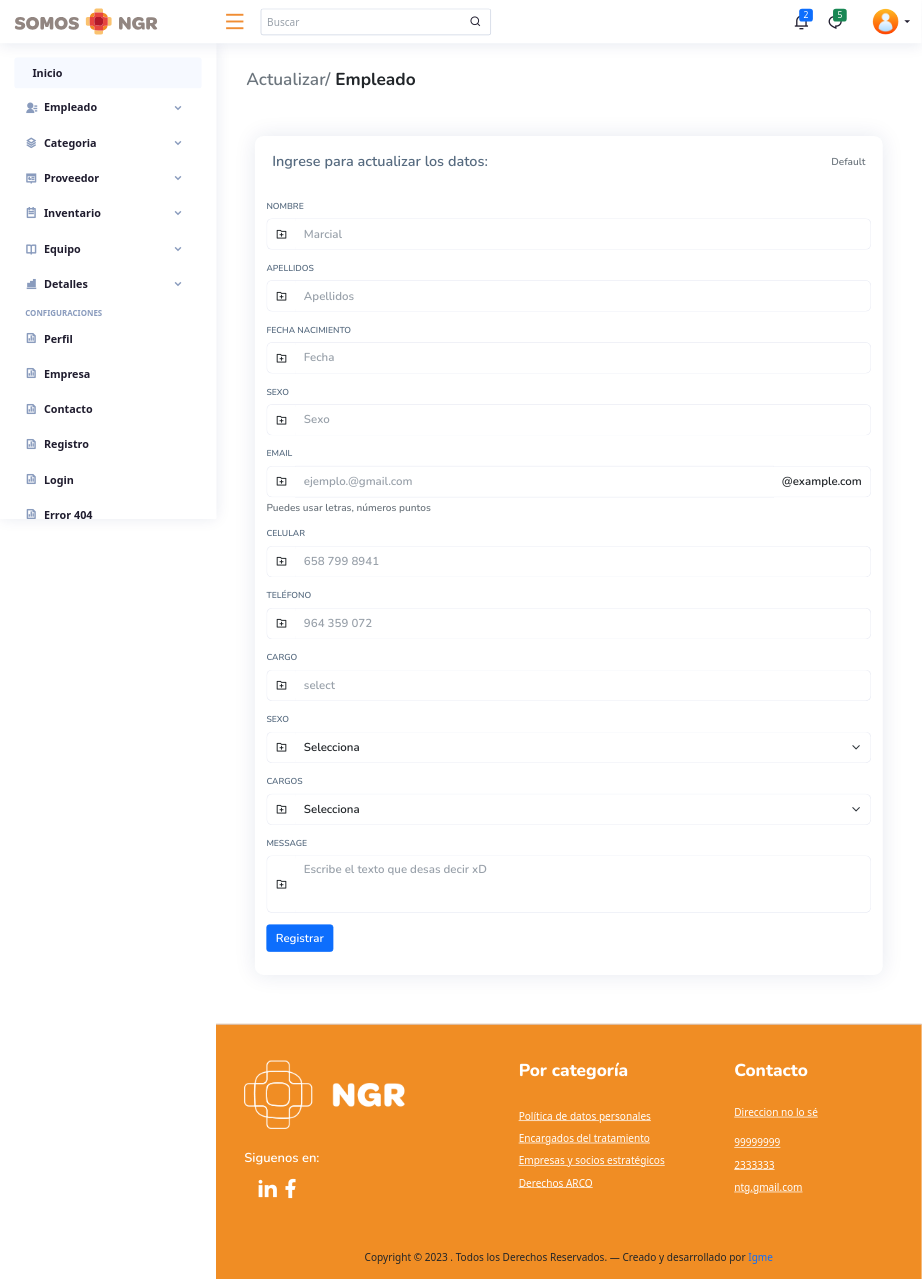
Repository: igmeMarcial/ProyectoLP-2023
Page: http://localhost/proyectoLP_2023/ActualizarEmpleados.jsp
An editor plug-in stored every save of this project. The page is shown before and after the next save, followed by the edit.
The browser window is 1280 px wide. The pictures show the whole page, at 72% of full size.
Some web fonts or font styles are not loaded; a fallback is used. The page is served by Tomcat 9. The template is opened directly, without the code that normally fills it, so the values that code supplies are empty.

Above is the page before, as saved 2023-03-25 16:11:45.

After the next save:
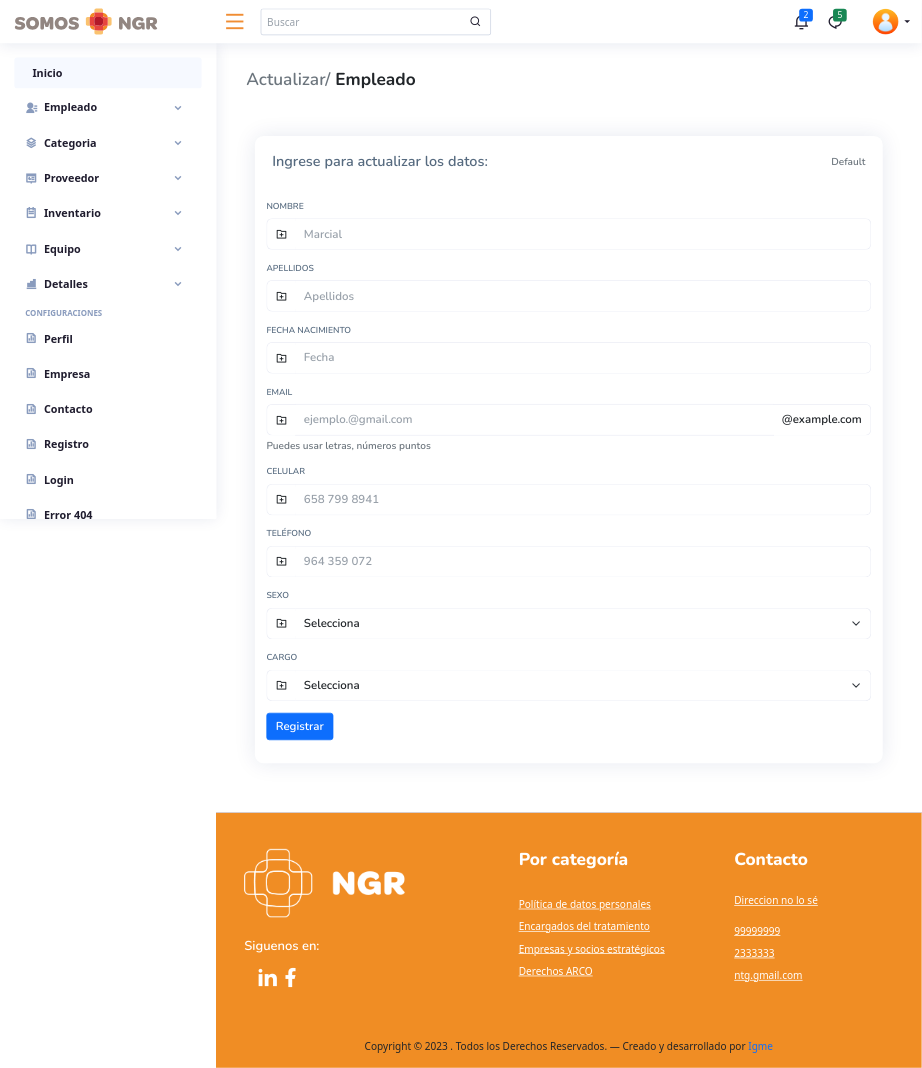
Saved 97 s later.
--- a/proyectoLP_2023/WebContent/ActualizarEmpleados.jsp
+++ b/proyectoLP_2023/WebContent/ActualizarEmpleados.jsp
@@ -359,20 +359,7 @@
 													/>
 												</div>
 											</div>
-											<div class="mb-3" id="">
-												<label class="form-label" for="basic-icon-default-company">Sexo</label>
-												<div class="input-group input-group-merge">
-													<span id="basic-icon-default-company2" class="input-group-text labelCustom borderColorInput"><i class="ri-folder-add-line"></i></span>
-													<input
-														type="text"
-														id="basic-icon-default-company"
-														class="form-control inputCustom borderColorInput"
-														placeholder="Sexo"
-														aria-label="ACME Inc."
-														aria-describedby="basic-icon-default-company2"
-													/>
-												</div>
-											</div>
+
 											<div class="mb-3">
 												<label class="form-label" for="emailNuevo">Email</label>
 												<div class="input-group input-group-merge">
@@ -420,14 +407,7 @@
 													/>
 												</div>
 											</div>
-											<div class="mb-3">
-												<label class="form-label labelCustom" for="cargoNuevo">Cargo</label>
-												<div class="input-group input-group-merge">
-													<span id="basic-icon-default-phone2" class="input-group-text labelCustom borderColorInput"><i class="ri-folder-add-line"></i></span>
-													<input name="cargoNuevo"" type="text" id="cargoNuevo"" class="form-control phone-mask inputCustom borderColorInput" placeholder="select" aria-label="Admin"
-													aria-describedby="basic-icon-default-cargo" />
-												</div>
-											</div>
+
 											<div class="mb-3">
 												<label class="form-label" for="sexoNuevo">Sexo</label>
 												<div class="input-group input-group-merge">
@@ -440,7 +420,7 @@
 												</div>
 											</div>
 											<div class="mb-3">
-												<label class="form-label" for="testNuevo">cargos</label>
+												<label class="form-label" for="testNuevo">Cargo</label>
 												<div class="input-group input-group-merge">
 													<span id="basic-icon-default-company2" class="input-group-text labelCustom borderColorInput"><i class="ri-folder-add-line"></i></span>
 													<select id="testNuevo" name="testNuevo" class="form-select inputCustom borderColorInput" aria-label="Default select example">
@@ -449,21 +429,6 @@
 															<option value="${cargo.idCargo}"> ${cargo.nombreCargo}</option>
 														</c:forEach>
 													</select>
-												</div>
-											</div>
-
-											<div class="mb-3">
-												<label class="form-label" for="textoNuevo">Message</label>
-												<div class="input-group input-group-merge">
-													<span id="basic-icon-default-message2" class="input-group-text labelCustom borderColorInput"><i class="ri-folder-add-line"></i></span>
-													<textarea
-														name="textoNuevo"
-														id="textoNuevo"
-														class="form-control inputCustom borderColorInput"
-														placeholder="Escribe el texto que desas decir xD"
-														aria-label="Hi, Do you have a moment to talk igme?"
-														aria-describedby="basic-icon-default-message"
-													></textarea>
 												</div>
 											</div>
 											<button type="submit" class="btn btn-primary">Registrar</button>
